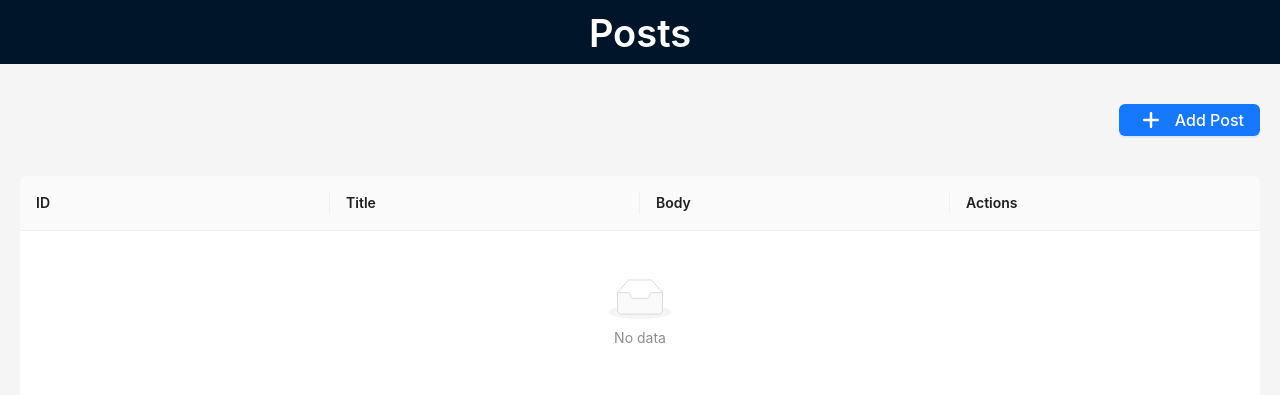
Repository: yasserrrz/Denamo-posts
Page: /
The author's editor kept a copy of each file at every save. The page is drawn from the files as they stood at one save, then again after a run of saves.
The browser window is 1280 px wide. The pictures show the whole page.
The page's requests for data from a server got no answer. The project was rebuilt for these pictures with package versions that can differ from the ones it lists, and the page was loaded fresh each time. No one was signed in, and anything a server would have sent is missing. Also part of the build but not shown: src/components/PostForm.tsx.

Above is the page before, as saved 2024-11-28 15:59:45.

### src/App.tsx
import React, { useState } from 'react';
import { Button, Layout, Modal, Typography } from 'antd';
import DataTable from './components/DataTable';
// import AddPostForm from './components/AddPostForm';
import './App.css';
import PostForm from './components/PostForm';
import {ReactComponent as AddIcon} from "./assets/add-277.svg";
const { Header, Content } = Layout;
const { Title } = Typography;


const App: React.FC = () => {
  const [isModalOpen, setIsModalOpen] = useState(false);
  return (<>
    <Layout style={{ minHeight: '100vh' }}>
      <Header  style={{ color: 'white', textAlign: 'center'   }}>
        <Title level={1} style={{ color: 'white' , textAlign: 'center' , marginTop: '10px' }}>
          Posts
        </Title>
      </Header>

      <Content style={{ padding: '20px' }}>
         <div style={{marginTop: '20px ' , marginBottom: '20px' , display: 'flex', justifyContent: 'flex-end' }}>
          <div >
            <p></p>
          </div>
         <Button onClick={()=>{setIsModalOpen(true)}} style={{fontSize: '16px' , fontWeight: '500' , padding: '15px'}} type="primary"><AddIcon/> Add Post</Button>
         </div>
        <div style={{ marginTop: '40px' }}>
          <DataTable />
        </div>
      </Content>
    </Layout>
    <Modal open={isModalOpen} title="Add New Post" centered width={800} onCancel={() => setIsModalOpen(false)} footer={null}>
      <PostForm  setIsModalOpen={setIsModalOpen} />
    </Modal>
  </>
  );
};

export default App;

### src/components/DataTable.tsx
import React, { useEffect, useState } from 'react';
import { Table, Button, Modal, Form, Input, notification } from 'antd';
import axios from 'axios';
import { Post } from '../types/Post';
import {ReactComponent as EditIcon} from "../assets/edit.svg"
import {ReactComponent as DeleteIcon} from "../assets/delete-icon-1.svg"
const DataTable: React.FC = () => {
  const [posts, setPosts] = useState<Post[]>([]);
  const [loading, setLoading] = useState<boolean>(true);
  const [editingPost, setEditingPost] = useState<Post | null>(null);
  const [isModalOpen, setIsModalOpen] = useState<boolean>(false);
  const [deleteModalOpen, setDeleteModalOpen] = useState<boolean>(false);

  useEffect(() => {
    const fetchData = async () => {
      setLoading(true);
      try {
        const response = await axios.get<Post[]>('https://jsonplaceholder.typicode.com/posts');
        setPosts(response.data);
      } catch (error) {
        console.log(error);
      } finally {
        setLoading(false);
      }
    };

    fetchData();
  }, []);

  const handleEdit = (post: Post) => {
    setEditingPost(post);
    setIsModalOpen(true);
  };

  const handleUpdatePost = async (values: Omit<Post, 'id'>) => {
    if (!editingPost) return;

    try {
      const response = await axios.put<Post>(
        `https://jsonplaceholder.typicode.com/posts/${editingPost.id}`,
        values
      );
      setPosts((prev) =>
        prev.map((post) => (post.id === editingPost.id ? { ...post, ...response.data } : post))
      );
      notification.success({
        message: 'Post Updated',
        description: `Post with ID ${editingPost.id} was updated successfully.`,
      });
    } catch (error) {
      notification.error({
        message: 'Error',
        description: 'Failed to update the post.',
      });
    } finally {
      setIsModalOpen(false);
      setEditingPost(null);
    }
  };

  const handleDelete = async (id: number) => {
    try {
      await axios.delete(`https://jsonplaceholder.typicode.com/posts/${id}`);
      setPosts((prev) => prev.filter((post) => post.id !== id));
      notification.success({
        message: 'Post Deleted',
        description: `Post with ID ${id} was deleted successfully.`,
      });
    } catch (error) {
      notification.error({
        message: 'Error',
        description: 'Failed to delete the post.',
      });
    }
    setDeleteModalOpen(false);
  };

  const columns = [
    {
      title: 'ID',
      dataIndex: 'id',
      key: 'id',
    },
    {
      title: 'Title',
      dataIndex: 'title',
      key: 'title',
    },
    {
      title: 'Body',
      dataIndex: 'body',
      key: 'body',
    },
    {
      title: 'Actions',
      key: 'actions',
      render: (text: any, record: Post) => (
        <div style={{ width: '100%', display: 'flex', gap: '10px', justifyContent: 'space-around' }}>
          <Button type="primary"  onClick={() => handleEdit(record)}>
            <EditIcon/>
          </Button>
          <Button type={"primary"} danger onClick={() => {
            setEditingPost(record);
            setDeleteModalOpen(true);
          }}>
            <DeleteIcon/>
          </Button>
        </div>
      ),
    },
  ];

  return (
    <>
      <Table
        dataSource={posts}
        columns={columns}
        rowKey="id"
        loading={loading}
        scroll={{ y: "calc(100vh - 250px)",  x: 700}}
        pagination={{ pageSize: 10 }}
      />

      {/* Edit Modal */}
      <Modal
        title="Edit Post"
        open={isModalOpen}
        onCancel={() => setIsModalOpen(false)}
        footer={null}
        style={{maxWidth: 800}}
        centered
      >
        <Form
          initialValues={{ title: editingPost?.title, body: editingPost?.body }}
          onFinish={handleUpdatePost}
          layout="vertical"
        >
          <Form.Item
            name="title"
            label="Title"
            rules={[{ required: true, message: 'Please input the title!' }]}

          >
            <Input placeholder="Enter post title" />
          </Form.Item>
          <Form.Item
            name="body"
            label="Body"
            rules={[{ required: true, message: 'Please input the body!' }]}
          >
            <Input.TextArea rows={4} placeholder="Enter post body" />
          </Form.Item>
          <Form.Item style={{ textAlign: 'center' , display: 'flex', justifyContent: 'flex-end' }}>
            <Button type="default"  htmlType="submit">
              Update Post
            </Button>
          </Form.Item>
        </Form>
      </Modal>

      {/* Delete Modal */}
      <Modal
        title="Delete Post"
        open={deleteModalOpen}
        onCancel={() => setDeleteModalOpen(false)}
        footer={null}
        style={{ maxWidth: 500 }}
        centered
      >
        <p>Are you sure you want to delete this post?</p>
        <div style={{ display: 'flex', gap: '10px', justifyContent: "flex-end" }}>
          <button className='delete-btn' onClick={() => handleDelete(editingPost?.id || 0)}>
            Yes
          </button>
          <button  className='cancel' onClick={() => setDeleteModalOpen(false)}>No</button>
        </div>
      </Modal>
    </>
  );
};

export default DataTable;

### src/App.css
.cancel{
  color: #000000e0;
  background-color: #fff;
  border: 1px solid #000000e0;
  border-radius: 8px;
  padding: 8px 15px;
  cursor: pointer;
  transition: all 0.15s ease-in-out;
}

.cancel:hover{
  background-color: #000000e0;
  color: #fff;
}

.delete-btn{
  color: #fff;
  background-color: #ff4d4f;
  border: 1px solid #ff4d4f;
  border-radius: 8px;
  padding: 8px 15px;
  cursor: pointer;
  transition: all 0.15s ease-in-out;
}

.delete-btn:hover{
  background-color: #fff;
  color: #ff4d4f;
  border: 1px solid #ff4d4f;
}

.ant-table-body {
  scrollbar-width: thin;
  scrollbar-color: #888 #f5f5f5;
  overflow-y: scroll; /* Ensure vertical scrolling is functional */
  scrollbar-width: none; /* Hide scrollbar in Firefox */
}

.ant-table-body ::-webkit-scrollbar-corner
 {
  display: none;
}

.svg-container {
  width: 24px;
  height: 24px;
}

.svg-container svg {
  width: 100%;
  height: 100%;
}

Loaded but not shown: public/index.html (common file); src/index.tsx (common file); src/index.css (common file); src/reportWebVitals.ts (common file)

After the next 6 saves:
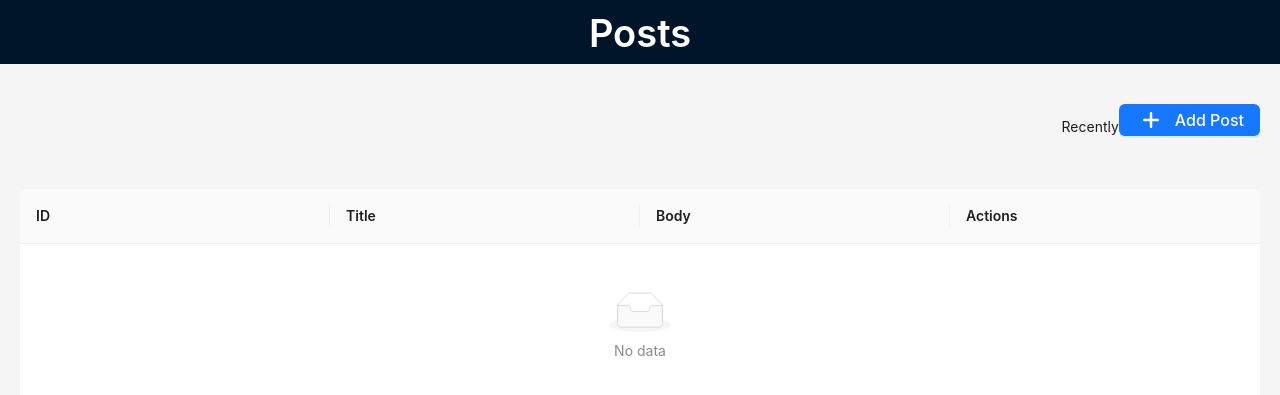
The 6 saves are shown as one change because they came seconds apart.
The last was saved 20 s later.
--- a/src/App.tsx
+++ b/src/App.tsx
@@ -22,7 +22,7 @@
       <Content style={{ padding: '20px' }}>
          <div style={{marginTop: '20px ' , marginBottom: '20px' , display: 'flex', justifyContent: 'flex-end' }}>
           <div >
-            <p></p>
+            <p>Recently</p>
           </div>
          <Button onClick={()=>{setIsModalOpen(true)}} style={{fontSize: '16px' , fontWeight: '500' , padding: '15px'}} type="primary"><AddIcon/> Add Post</Button>
          </div>

After the save that followed:
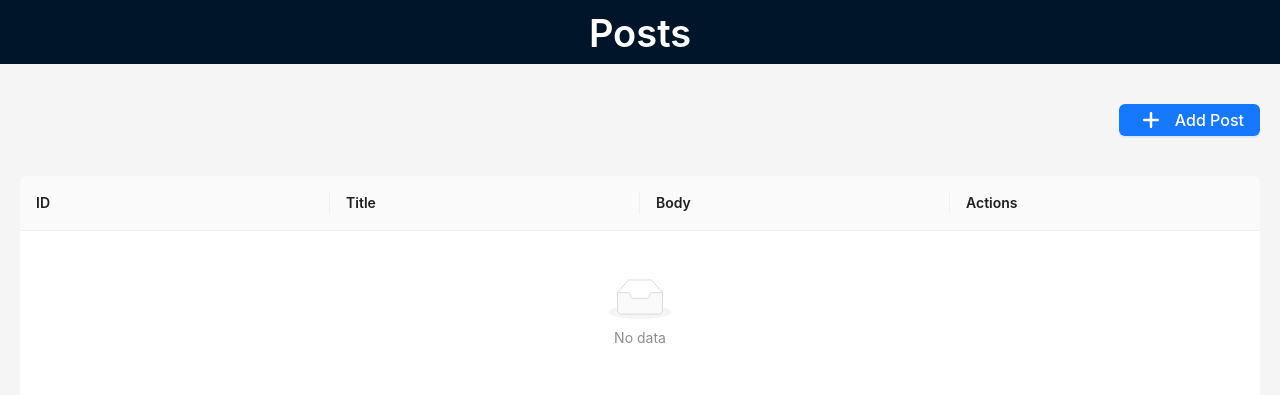
Saved 5 s later.
--- a/src/App.tsx
+++ b/src/App.tsx
@@ -22,7 +22,7 @@
       <Content style={{ padding: '20px' }}>
          <div style={{marginTop: '20px ' , marginBottom: '20px' , display: 'flex', justifyContent: 'flex-end' }}>
           <div >
-            <p>Recently</p>
+            <p></p>
           </div>
          <Button onClick={()=>{setIsModalOpen(true)}} style={{fontSize: '16px' , fontWeight: '500' , padding: '15px'}} type="primary"><AddIcon/> Add Post</Button>
          </div>
